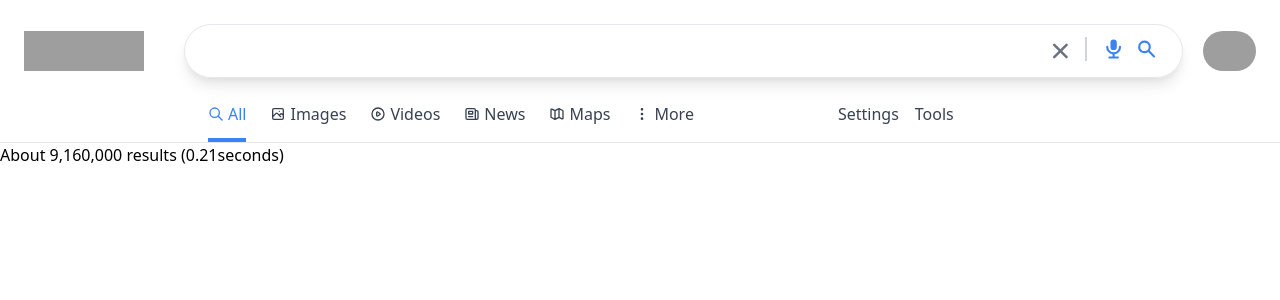
Repository: DecentraMindsCoin/google-search-clone
Page: /search
These files come from the project's save history. The page is drawn as it stood at one moment and after a run of saves; the edit follows.
The browser window is 1280 px wide. The pictures show the whole page.
Pictures or frames that could not be fetched are drawn as grey boxes. The project was rebuilt for these pictures with package versions that can differ from the ones it lists, and the page was loaded fresh each time. The framework's server and built-in components were replaced by stand-ins that run in the browser. Also part of the build but not shown: next.config.js, Response.js.

Above is the page before, as saved 2021-05-17 17:32:20.

After the next 3 saves:
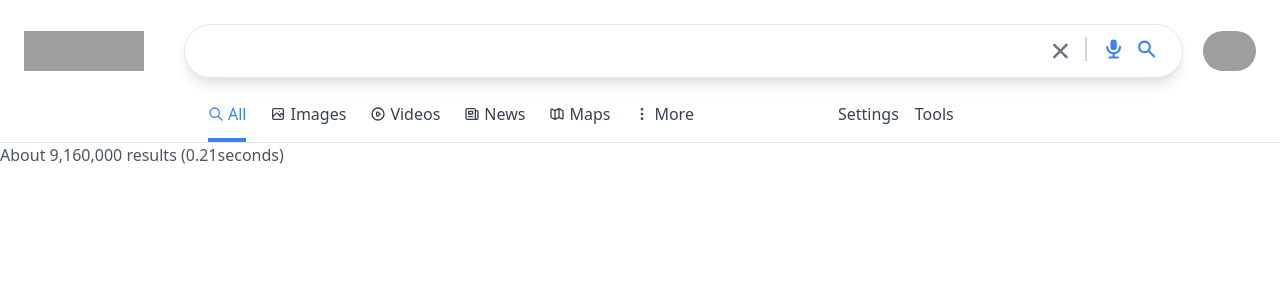
The 3 saves are shown as one change because they came seconds apart.
The last was saved 9 s later.
--- a/components/SearchResults.js
+++ b/components/SearchResults.js
@@ -1,7 +1,7 @@
 function SearchResults({ results}) {
     return (
         <div>
-            <p className="text">About {results.searchInformation?.formattedTotalResults} results ({results.searchInformation?.formattedSearchTime}seconds) </p>
+            <p className="text-gray-600 text-md-">About {results.searchInformation?.formattedTotalResults} results ({results.searchInformation?.formattedSearchTime}seconds) </p>
         </div>
     )
 }
